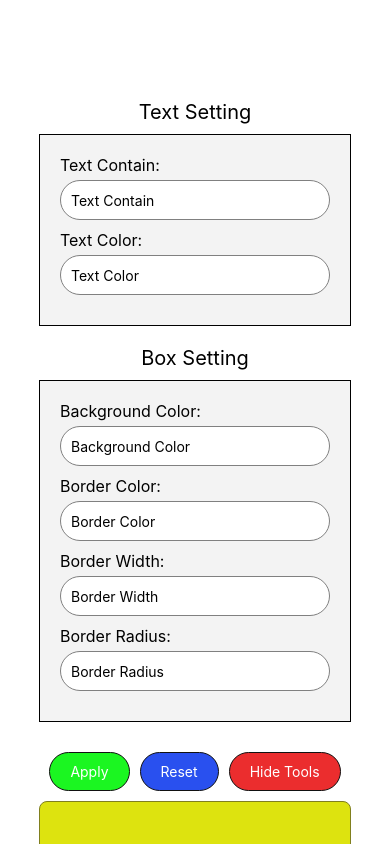
Repository: amirjavadikia/mobile-projectg
Screen: /
An editor plug-in stored every save of this project. The screen is shown before and after a run of saves, followed by the edit.
An inner scrolling area shows only its first screen. The app was drawn by React Native's web renderer in a window 390 px wide. The project was rebuilt for these pictures with package versions that can differ from the ones it lists, and the page was loaded fresh each time.

Above is the screen before, as saved 2024-05-14 22:35:41.

### App.tsx
//
// => BOXES PROJECT
//

// import React from 'react';
// import { View, Text, StyleSheet } from 'react-native';
// import { FontAwesomeIcon } from '@fortawesome/react-native-fontawesome';
// import { faGear } from '@fortawesome/free-solid-svg-icons/faGear';
// import { faLocationDot } from '@fortawesome/free-solid-svg-icons/faLocationDot';
// import { faAddressBook } from '@fortawesome/free-solid-svg-icons/faAddressBook';


// const MainPage = () => {
//   return (
//     <View style={styles.container}>

//       <View style={[styles.blueBackground]}>
//         <Text style={styles.text}>Welcome to my app!</Text>
//       </View>


//       <View style={[styles.box, styles.purpleBackground]}>
//       <FontAwesomeIcon icon={faLocationDot} />
//         <Text style={styles.text}>Location</Text>
//       </View>


//       <View style={[styles.box, styles.yellowBackground]}>
//       <FontAwesomeIcon icon={faGear} />
//         <Text style={styles.text}>Settings</Text>
//       </View>


//       <View style={[styles.box, styles.redBackground]}>
//       <FontAwesomeIcon icon={faAddressBook} />
//         <Text style={styles.text}>Contacts</Text>
//       </View>

//     </View>
//   );
// };

// const styles = StyleSheet.create({
//   container: {
//     justifyContent: 'center',
//     alignItems: 'center',
//     margin: 10
//   },
//   box: {
//     width: '100%',
//     height: 100,
//     borderRadius: 10,
//     marginBottom: 15,
//     justifyContent: 'center',
//     textAlign: 'center',
//     alignItems: 'center',
//   },
//   blueBackground: {
//     backgroundColor: '#01008A',
//     borderRadius: 30,
//     width: '100%',
//     height: '10%',
//     justifyContent: 'center',
//     alignItems: 'center',
//     marginBottom: 20
//   },
//   purpleBackground: {
//     backgroundColor: '#810081',
//   },
//   yellowBackground: {
//     backgroundColor: '#fea501',
//   },
//   redBackground: {
//     backgroundColor: '#fe0002',
//   },
//   text: {
//     color: 'white',
//     fontSize: 20,
//     marginLeft: 10,
//   },
// });

// export default MainPage;





//
// => MIDTERM PROJECT
//


import React, { useState } from 'react';
import { View, Text, TextInput, StyleSheet, Button, ScrollView, TouchableOpacity } from 'react-native';

const App = () => {
  const [text, setText] = useState('Hello World!');
  const [showTools, setShowTools] = useState(true);
  const [newText, setNewText] = useState('');
  const [newTextColor, setNewTextColor] = useState('');
  const [newBackgroundColor, setNewBackgroundColor] = useState('');
  const [newBorderColor, setNewBorderColor] = useState('');
  const [newBorderWidth, setNewBorderWidth] = useState('');
  const [newBorderRadius, setNewBorderRadius] = useState('');
  const [applyChanges, setApplyChanges] = useState(false);

  const handleTextChange = (inputText) => {
    setNewText(inputText);
    setApplyChanges(false);
  };

  const handleTextColorChange = (inputText) => {
    setNewTextColor(inputText);
    setApplyChanges(false);
  };

  const handleBackgroundChange = (inputText) => {
    setNewBackgroundColor(inputText);
    setApplyChanges(false);
  };

  const handleBorderColorChange = (inputText) => {
    setNewBorderColor(inputText);
    setApplyChanges(false);
  };

  const handleBorderWidthChange = (inputText) => {
    setNewBorderWidth(inputText);
    setApplyChanges(false);
  };

  const handleBorderRadiusChange = (inputText) => {
    setNewBorderRadius(inputText);
    setApplyChanges(false);
  };

  const handleApplyChanges = () => {
    setText(newText);
    setApplyChanges(true);
  };

  const handleResetChanges = () => {
    setApplyChanges(false);
    setText('');
    setNewText('');
    setNewTextColor('');
    setNewBackgroundColor('');
    setNewBorderColor('');
    setNewBorderWidth('');
    setNewBorderRadius('');
  };

  const handleToggleTools = () => {
    setShowTools(!showTools);
  };

  return (
    <ScrollView contentContainerStyle={styles.scrollViewContent}>
      <View style={styles.container}>
        {showTools && (
          <>
            <Text style={styles.title}>Text Setting</Text>
            <View style={styles.section}>
              <Text style={styles.label}>Text Contain:</Text>
              <TextInput
                style={styles.input}
                onChangeText={handleTextChange}
                value={newText}
                placeholder="Text Contain"
              />
              <Text style={styles.label}>Text Color:</Text>
              <TextInput
                style={styles.input}
                onChangeText={handleTextColorChange}
                value={newTextColor}
                placeholder="Text Color"
              />
            </View>

            <Text style={styles.title}>Box Setting</Text>
            <View style={styles.section}>
              <Text style={styles.label}>Background Color:</Text>
              <TextInput
                style={styles.input}
                onChangeText={handleBackgroundChange}
                value={newBackgroundColor}
                placeholder="Background Color"
              />
              <Text style={styles.label}>Border Color:</Text>
              <TextInput
                style={styles.input}
                onChangeText={handleBorderColorChange}
                value={newBorderColor}
                placeholder="Border Color"
              />
              <Text style={styles.label}>Border Width:</Text>
              <TextInput
                style={styles.input}
                onChangeText={handleBorderWidthChange}
                value={newBorderWidth}
                placeholder="Border Width"
              />
              <Text style={styles.label}>Border Radius:</Text>
              <TextInput
                style={styles.input}
                onChangeText={handleBorderRadiusChange}
                value={newBorderRadius}
                placeholder="Border Radius"
              />
            </View>


          </>
        )}
        <View style={styles.buttonGroup}>
              { showTools && (
                <>
                <TouchableOpacity
               onPress={handleApplyChanges}
               style={styles.applyButton}
            >
              <Text style={styles.applyButtonText}>Apply</Text>
            </TouchableOpacity>

                <TouchableOpacity
               onPress={handleResetChanges}
               style={styles.resetButton}
            >
              <Text style={styles.resetButtonText}>Reset</Text>
            </TouchableOpacity>
                </>
              )}
              <TouchableOpacity
               onPress={handleToggleTools}
               style={styles.showButton}
            >
              <Text style={styles.showButtonText}>{showTools ? "Hide Tools" : "Show Tools"}</Text>
            </TouchableOpacity>
            </View>
        <View style={[styles.box, { backgroundColor: applyChanges ? newBackgroundColor : '#dde30f', borderRadius: applyChanges ? parseInt(newBorderRadius) || 0 : 8, borderWidth: applyChanges ? parseInt(newBorderWidth) || 1 : 1, borderColor: applyChanges ? newBorderColor : "#807f1e" }]}>
          <Text style={[styles.boxText, {color: applyChanges ? newTextColor : '#111'}]}>{text || "Hello World!"}</Text>
        </View>
      </View>
    </ScrollView>
  );
};

const styles = StyleSheet.create({
  scrollViewContent: {
    flexGrow: 1,
  },
  container: {
    flex: 1,
    alignItems: 'center',
    justifyContent: 'center',
    marginTop: 100,
    backgroundColor: '#fff',
  },
  section: {
    width: '80%',
    marginBottom: 20,
    backgroundColor: "#f3f3f3",
    borderWidth: 1,
    padding: 20
  },
  title: {
    fontSize: 20,
    marginBottom: 10,
  },
  label: {
    fontSize: 16,
    marginBottom: 5,
  },
  input: {
    width: '100%',
    height: 40,
    borderWidth: 1,
    borderColor: 'gray',
    marginBottom: 10,
    paddingHorizontal: 10,
    textAlign: 'left',
    borderRadius: 30,
    backgroundColor: "#fff"
  },
  box: {
    width: '80%',
    height: 100,
    backgroundColor: '#dde30f',
    justifyContent: 'center',
    alignItems: 'center',
  },
  boxText: {
    fontSize: 18
  },
  buttonGroup: {
    display: 'flex',
    flexDirection: 'row',
    justifyContent: 'space-around',
    marginVertical: 10,
  },
  applyButton: {
    marginRight: 10,
    borderRadius: 20,
    backgroundColor: '#1bf621',
    paddingVertical: 10,
    paddingHorizontal: 20,
    alignItems: 'center',
    justifyContent: 'center',
    borderColor:"#111",
    borderWidth:1
  },
  resetButton: {
    borderRadius: 20,
    marginRight: 10,
    backgroundColor: '#2950ef',
    paddingVertical: 10,
    paddingHorizontal: 20,
    alignItems: 'center',
    justifyContent: 'center',
    borderColor:"#111",
    borderWidth:1
  },
  showButton: {
    borderRadius: 20,
    backgroundColor: '#eb2d2e',
    paddingVertical: 10,
    paddingHorizontal: 20,
    alignItems: 'center',
    justifyContent: 'center',
    borderColor:"#111",
    borderWidth:1
  },
  resetButtonText: {
    color: '#fff'
  },
  applyButtonText: {
    color: '#fff'
  },
  showButtonText: {
    color: '#fff'
  }
});

export default App;

After the next 2 saves:
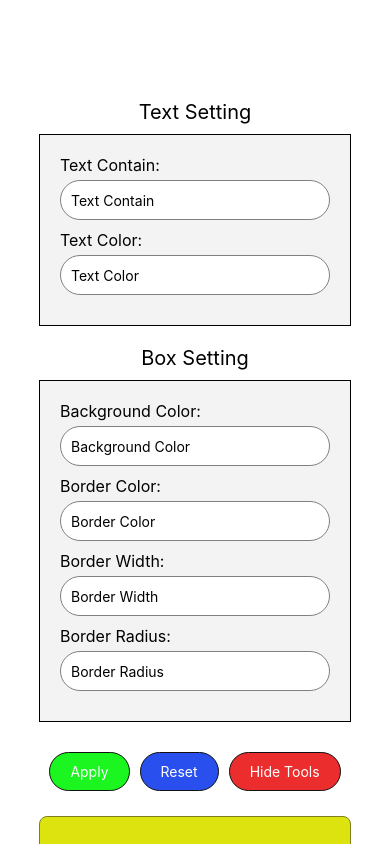
The 2 saves are shown as one change because 1 did not build or start.
The last was saved 29 s later.
--- a/App.tsx
+++ b/App.tsx
@@ -289,6 +289,7 @@ const styles = StyleSheet.create({
     backgroundColor: '#dde30f',
     justifyContent: 'center',
     alignItems: 'center',
+    marginTop: 15
   },
   boxText: {
     fontSize: 18
